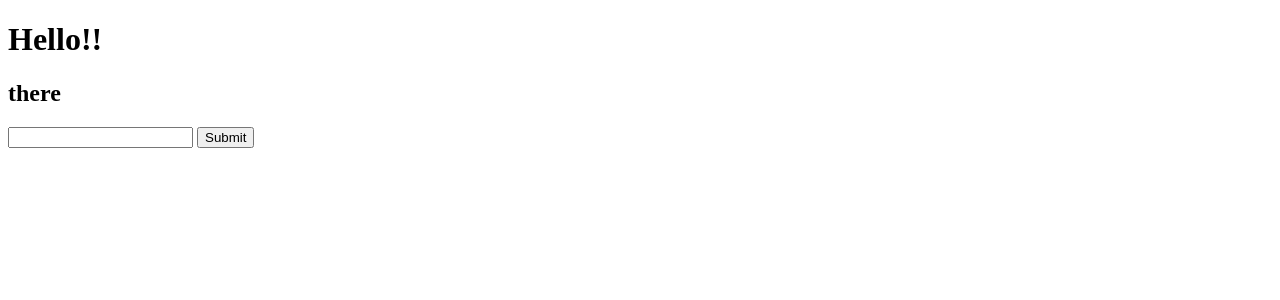
Repository: rath23/eclipse-workspace
Page: MyWeatherApp/src/main/webapp/Index.html
These files come from the project's save history. The page is drawn as it stood at one moment and after the next save; the edit follows.
The browser window is 1280 px wide. The pictures show the whole page.

Above is the page before, as saved 2023-11-02 17:39:59.

After the next save:
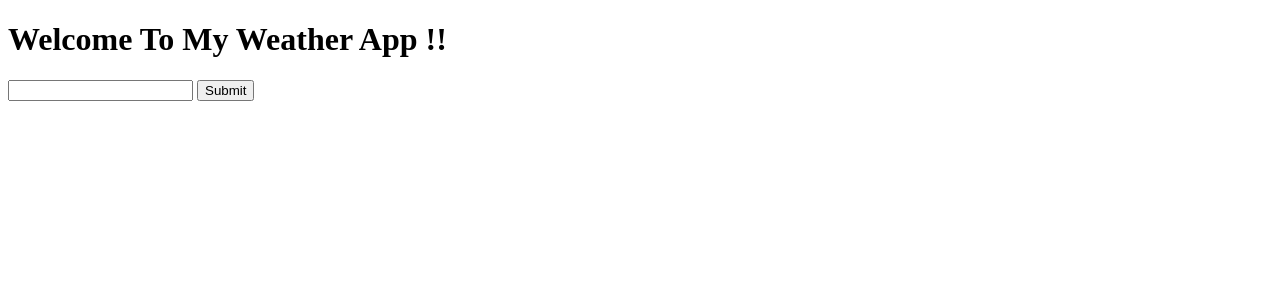
Saved 50 s later.
--- a/MyWeatherApp/src/main/webapp/Index.html
+++ b/MyWeatherApp/src/main/webapp/Index.html
@@ -5,8 +5,8 @@
 <title>My Weather App</title>
 </head>
 <body>
-<H1>Hello!!</H1>
-<h2>there</h2>
+<h1>Welcome To My Weather App !!</h1>
+
 <form action="" method="">
 	<input type="text">
 	<button>Submit</button>
